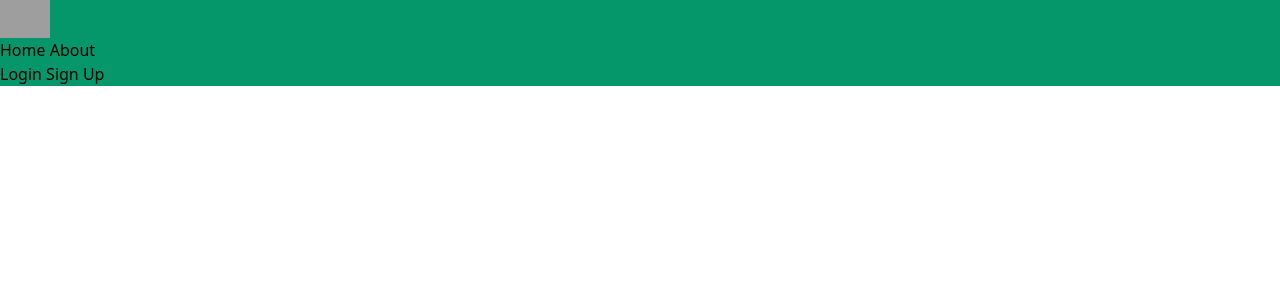
Repository: DaNiels89/tailwind-stawberries
Page: index.html
The author's editor kept a copy of each file at every save. The page is drawn from the files as they stood at one save, then again after the next save.
The browser window is 1280 px wide. The pictures show the whole page.
Pictures or frames that could not be fetched are drawn as grey boxes.

Above is the page before, as saved 2020-08-24 13:19:01.

After the next save:
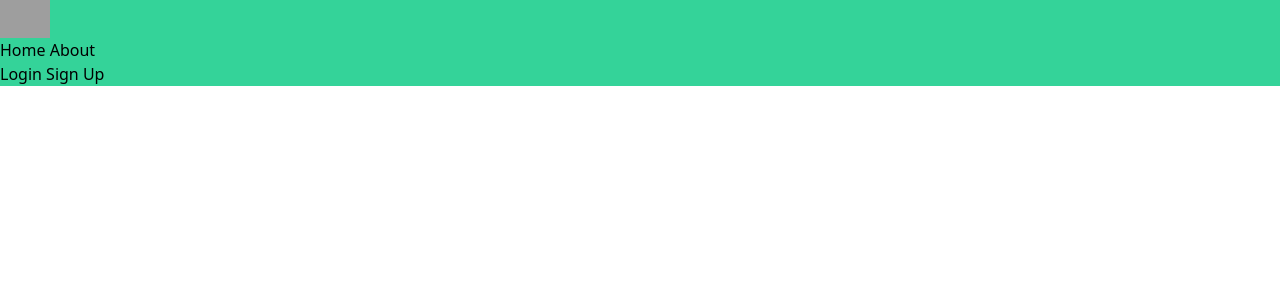
Saved 6 s later.
--- a/index.html
+++ b/index.html
@@ -10,7 +10,7 @@
     />
   </head>
   <body>
-    <header class="bg-green-600">
+    <header class="bg-green-400">
       <nav class="">
         <div>
           <img
